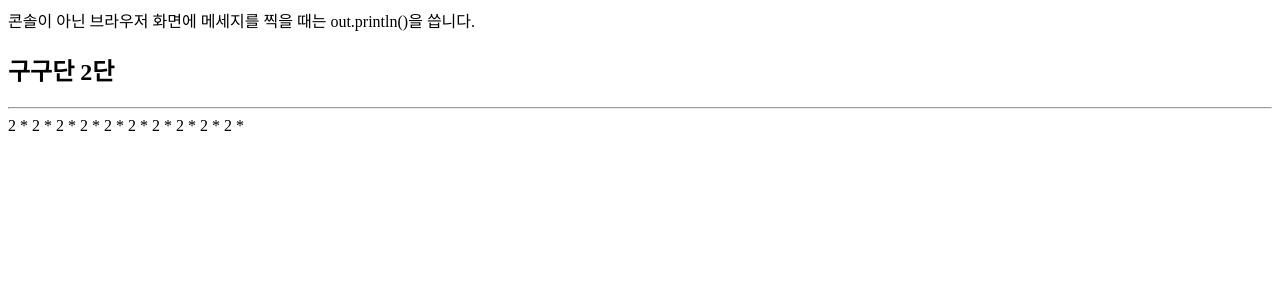
Repository: developedbyssony/JSP
Page: http://localhost/JSPbasic/jsptag/scriptlet.jsp
These files come from the project's save history. The page is drawn as it stood at one moment and after a run of saves; the edit follows.
The browser window is 1280 px wide. The pictures show the whole page.
The page is served by Tomcat 9.

Above is the page before, as saved 2022-03-22 11:37:36.

After the next 2 saves:
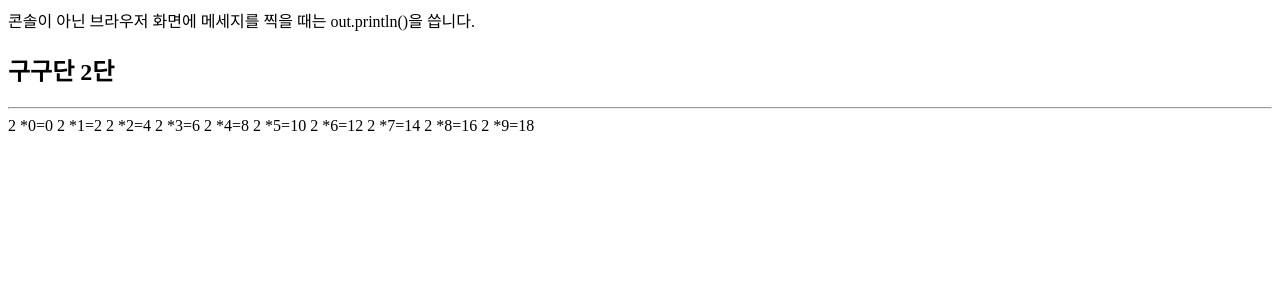
The 2 saves are shown as one change because 1 did not build or start.
The last was saved 116 s later.
--- a/JSPbasic/src/main/webapp/jsptag/scriptlet.jsp
+++ b/JSPbasic/src/main/webapp/jsptag/scriptlet.jsp
@@ -10,8 +10,8 @@
 	<% System.out.println("콘솔에 메세지를 찍을 때는 System.out.println()을 씁니다.");
 	out.println("콘솔이 아닌 브라우저 화면에 메세지를 찍을 때는 out.println()을 씁니다.");%>
 	<h2>구구단 2단</h2><hr />
-	<% for(int i=0; i < 10; i++) {
-		out.println("2 *");
+	<% for(int i=0; i<10; i++) {
+		out.println("2 *" + i + "=" + (i*2));
 	} %>
 </body>
 </html>
